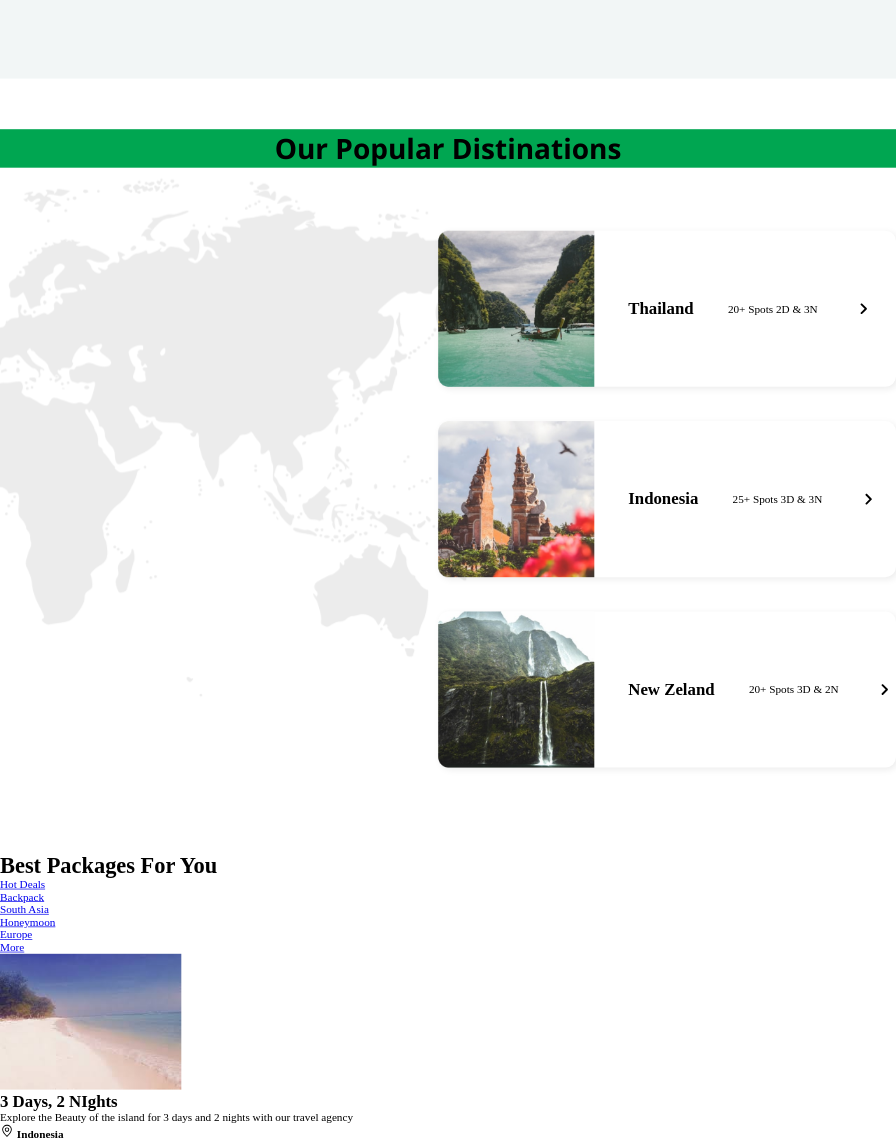
Repository: kubrazamanova/Background-Image
Page: index.html
These files come from the project's save history. The page is drawn as it stood at one moment and after the next save; the edit follows.
The browser window is 1280 px wide. The pictures show the part of the page from y = 2412 to 4332 px (the page is 4041 px tall before and 4470 px after), at 70% of full size.

Above is the page before, as saved 2023-10-21 10:40:17.

After the next save:
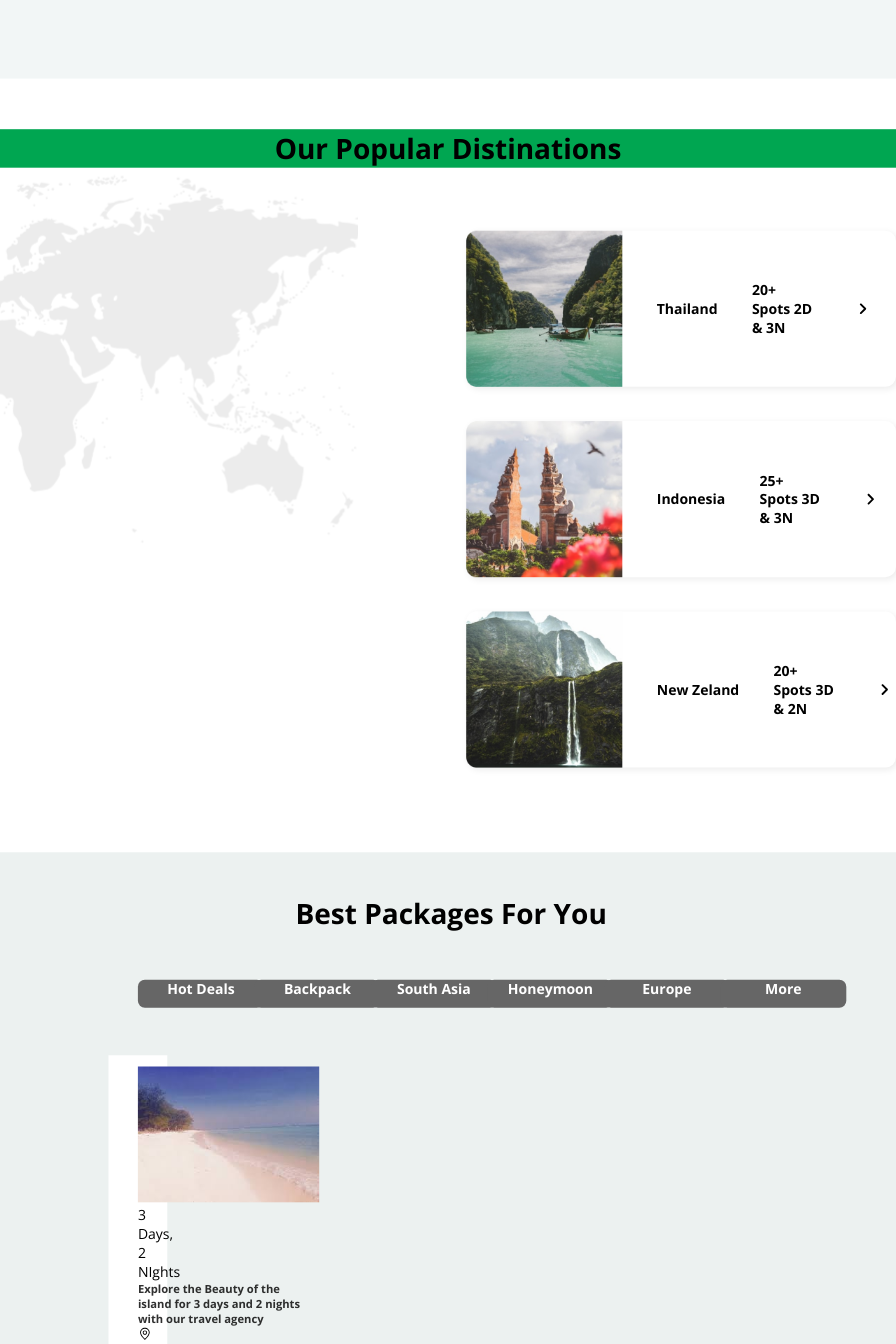
Saved 5 s later.
--- a/index.css
+++ b/index.css
@@ -275,6 +275,8 @@ main {
   width: 40%;
 }
 #distinations .map img{
+  width: 100%;
+}
 
 #distinations ul h2 {
   color: #000;
